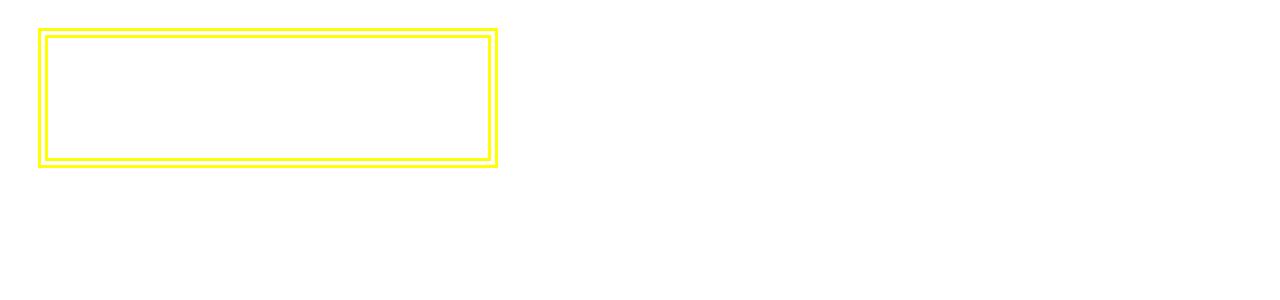
Repository: Ricka001/webweb
Page: index.html
The author's editor kept a copy of each file at every save. The page is drawn from the files as they stood at one save, then again after the next save.
The browser window is 1280 px wide. The pictures show the whole page.

Above is the page before, as saved 2024-09-03 02:13:43.

After the next save:
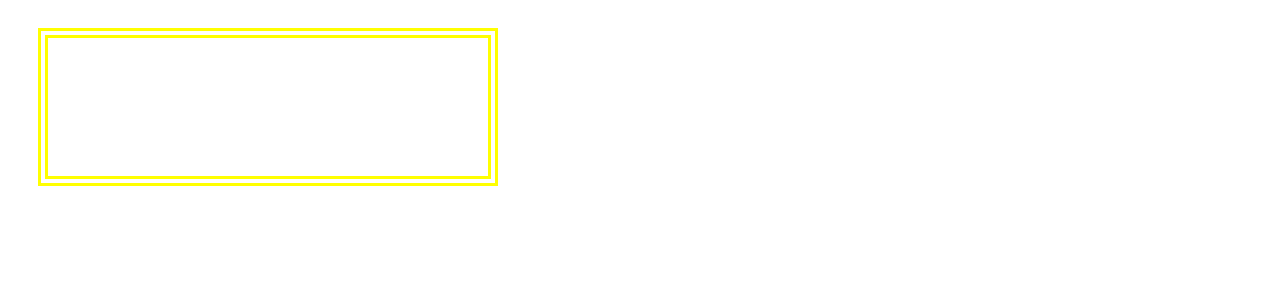
Saved 16 s later.
--- a/index.html
+++ b/index.html
@@ -20,6 +20,9 @@
             <li>Rockets</li>
             <li>Pricing</li>
         </ul>
+        <span>Hover over me!</span>
+        <div>I will show on hover</div>
+
     </header>
 
     <!-- Main -->
